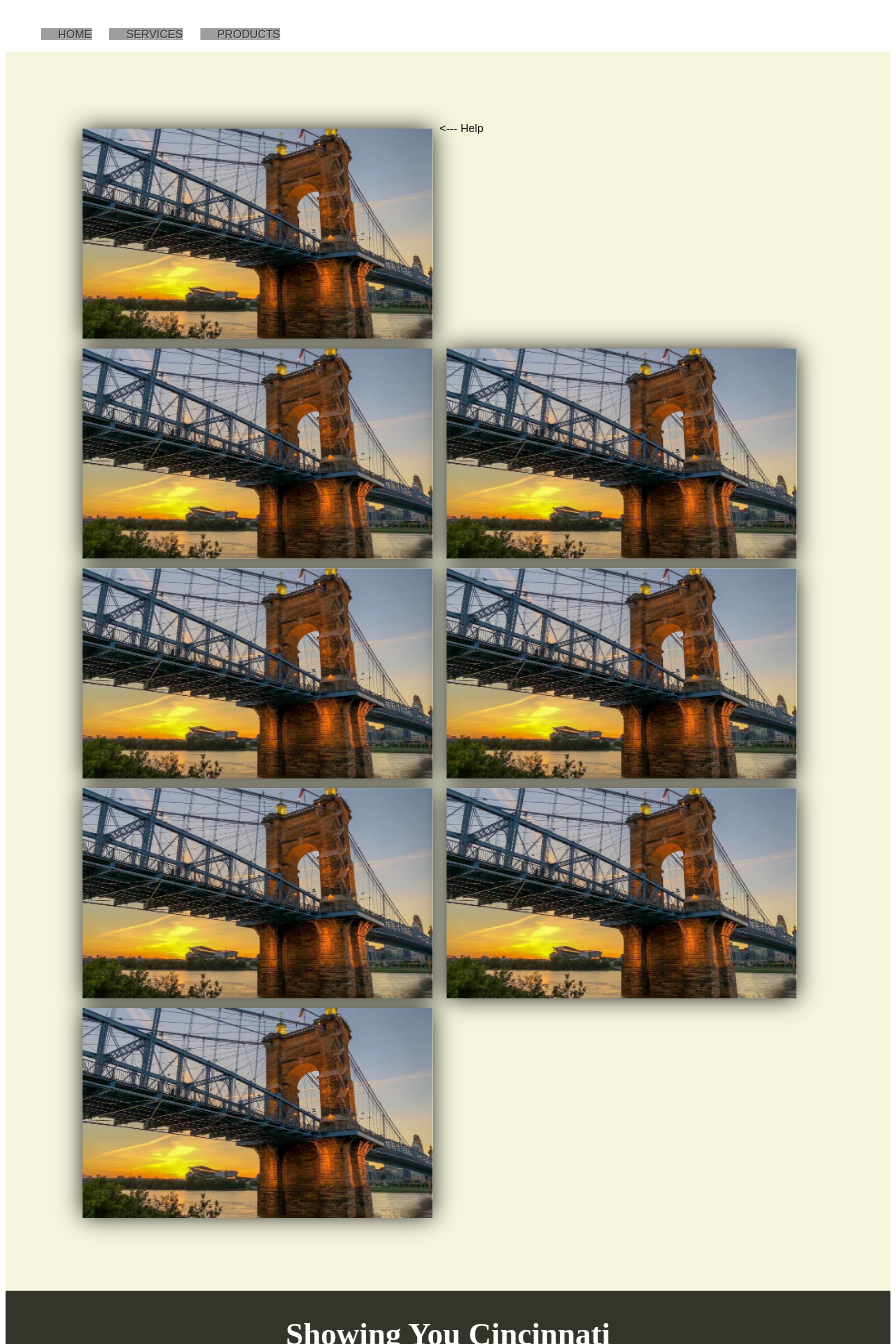
Repository: LtGriff/capstoneprogress
Page: index.html
An editor plug-in stored every save of this project. The page is shown before and after the next save, followed by the edit.
The browser window is 1280 px wide. The pictures show the part of the page from y = 0 to 1920 px (the page is 4404 px tall before and 4090 px after), at 70% of full size.
Pictures or frames that could not be fetched are drawn as grey boxes.

Above is the page before, as saved 2022-06-06 03:04:23.

### index.html
<!DOCTYPE html>
<html lang="en">
<head>
     <meta charset="UTF-8">
     <meta http-equiv="X-UA-Compatible" content="IE=edge">
     <meta name="viewport" content="width=device-width, initial-scale=1.0">
     <title>Document</title>
     <link rel="stylesheet" href="style.css">
</head>
<body>


     </html><nav id="main-menu">
     <ul class="nav-bar">
          <li class="nav-button-home"><a href="#">Home</a></li>
          <li class="nav-button-services"><a href="#">Services</a></li>
          <li class="nav-button-products"><a href="#">Products</a></li>
     </ul>
</nav>


<section class="card">

               <div class="picture">
                    <img src="img/bridge.jpg" alt="bridge">


               </div>






               <--- Help
               <div class="picture">
                    <img src="img/bridge.jpg" alt="bridge">


               </div>

               <div class="picture">
                    <img src="img/bridge.jpg" alt="bridge">


               </div>

               <div class="picture">
                    <img src="img/bridge.jpg" alt="bridge">


               </div>


               <div class="picture">
                    <img src="img/bridge.jpg" alt="bridge">


               </div>

               <div class="picture">
                    <img src="img/bridge.jpg" alt="bridge">


               </div>

               <div class="picture">
                    <img src="img/bridge.jpg" alt="bridge">


               </div>

               <div class="picture">
                    <img src="img/bridge.jpg" alt="bridge">


               </div>
</section>





<section class="gallerytwo">


                    <div class="city">
                         <h1>Showing You Cincinnati</h1>
                    </div>



     <div class="picture">
          <img src="img/bridge.jpg" alt="bridge">



     </div>

     <div class="picture">
          <img src="img/bridge.jpg" alt="bridge">


     </div>

     <div class="picture">
          <img src="img/bridge.jpg" alt="bridge">


     </div>

     <div class="picture">
          <img src="img/bridge.jpg" alt="bridge">


     </div>


     <div class="picture">
          <img src="img/bridge.jpg" alt="bridge">


     </div>

     <div class="picture">
          <img src="img/bridge.jpg" alt="bridge">


     </div>
</section>


</body>

### style.css
body { font-family: sans-serif; }

#main-menu .nav-bar { list-style:none; margin-top: 40px; }
#main-menu .nav-bar li { display:inline; padding:0 10px; }

#main-menu .nav-bar li a {
  text-decoration: none;
  padding-left: 25px;
  text-transform: uppercase;
  color: #333;
	text-shadow: 1px 1px 1px #ccc;
}

.nav-bar .nav-button-home a { background:url("https://www.cheesetoast.co.uk/cheesepress/wp-content/uploads/2012/08/home.gif") no-repeat 0px -2px transparent; }

.nav-bar .nav-button-services a { background:url("https://www.cheesetoast.co.uk/cheesepress/wp-content/uploads/2012/08/services.gif") no-repeat 0px -2px transparent; }

.nav-bar .nav-button-products a { background:url("https://www.cheesetoast.co.uk/cheesepress/wp-content/uploads/2012/08/products.gif") no-repeat 0px -2px transparent; }




.card{
  display: flex;
  flex-direction: row;
  flex-wrap: wrap;
  /* justify-content: space-between; */
  background-color: beige;
  height: 100%;
  padding-left: 100px;
  padding-bottom: 100px;
  padding-top: 100px;
  padding-right: 100px;
}

.card .picture{
  margin-left: 10px;
  margin-right: 10px;
  margin-top: 10px;

  /* TEST */

}


.card .picture img{
  width: 500px;
  height: 300px;
  box-shadow: 0px 0px 32px -1px rgba(0, 0, 0, 0.9);
}





























/* Gallery two */


.gallerytwo{
  display: flex;
  flex-direction: row;
  flex-wrap: wrap;
  justify-content: space-between;
  background-color: rgb(52, 52, 43);
  height: 100%;
  padding: 0px 200px;
}

.gallerytwo .picture{
  margin: 50px;
}

.gallerytwo .picture img{
  width: 500px;
  height: 300px;
  box-shadow: 0px 0px 32px -1px rgba(0, 0, 0, 0.9);
}

.city{
  width: 100%;
  text-align: center;
  color: white;
  font-size: 30px;
  font-family: cursive;

}

After the next save:
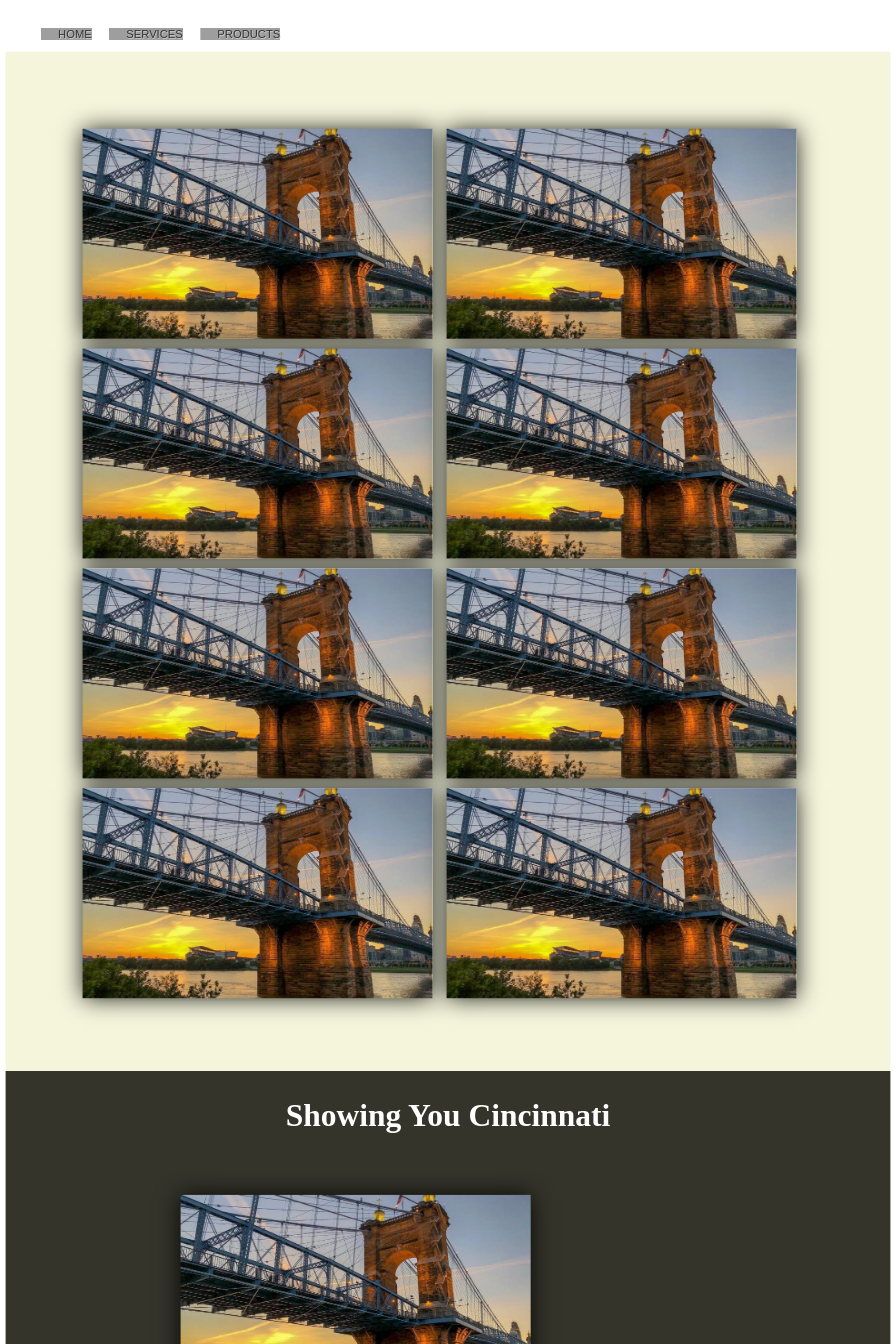
Saved 5 s later.
--- a/index.html
+++ b/index.html
@@ -32,7 +32,7 @@
 
 
 
-               <--- Help
+               <!---->
                <div class="picture">
                     <img src="img/bridge.jpg" alt="bridge">
 

After the 6 saves that followed:
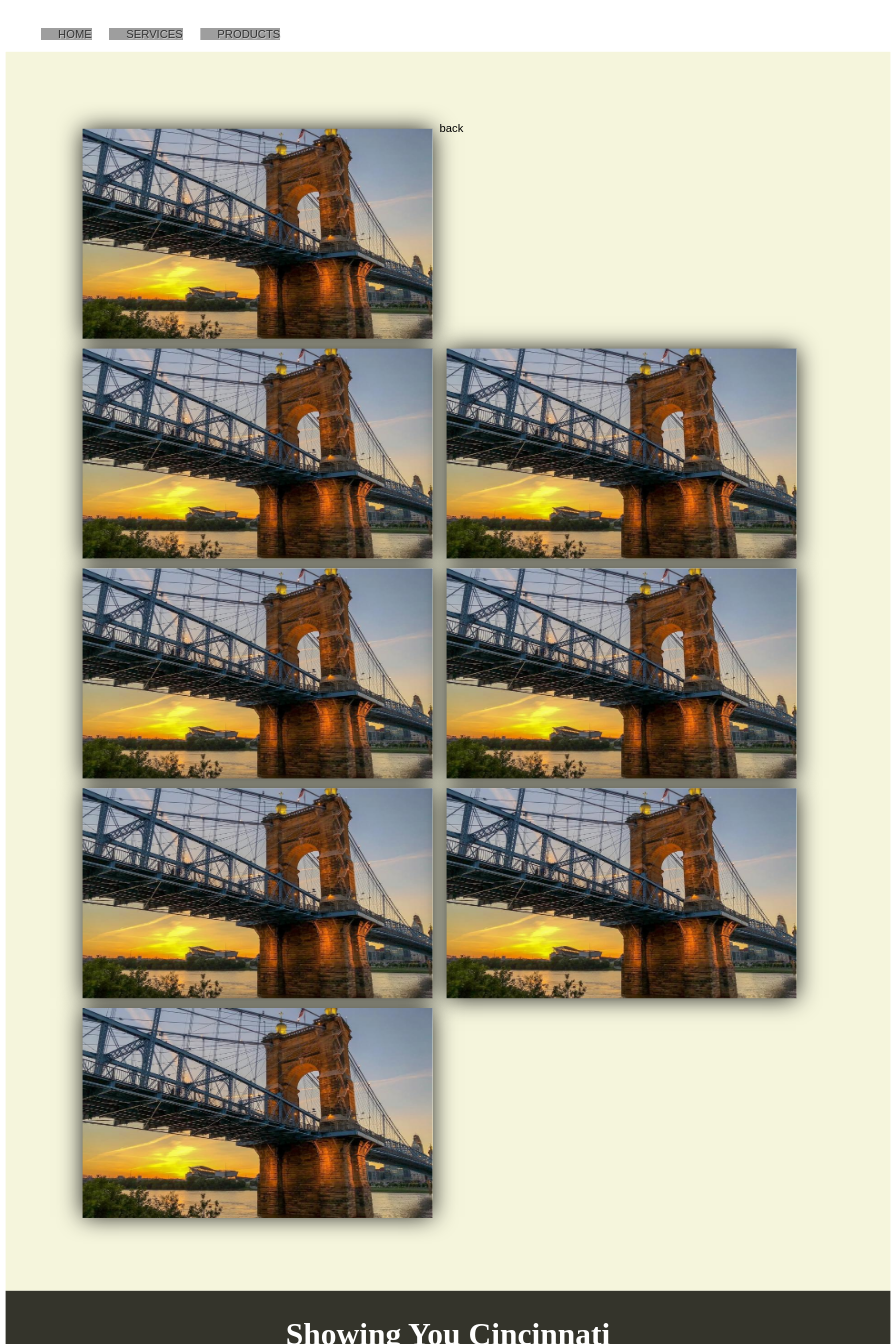
The 6 saves are shown as one change because 5 left the picture as it was.
The last was saved 2 min 0 s later.
--- a/index.html
+++ b/index.html
@@ -23,16 +23,19 @@
 
                <div class="picture">
                     <img src="img/bridge.jpg" alt="bridge">
-
-
                </div>
+               <div class="card2__face card2__face--back">back</div>
 
 
 
 
 
+               <!--IM MF LOST BOI-->
 
-               <!---->
+
+
+
+
                <div class="picture">
                     <img src="img/bridge.jpg" alt="bridge">
 
